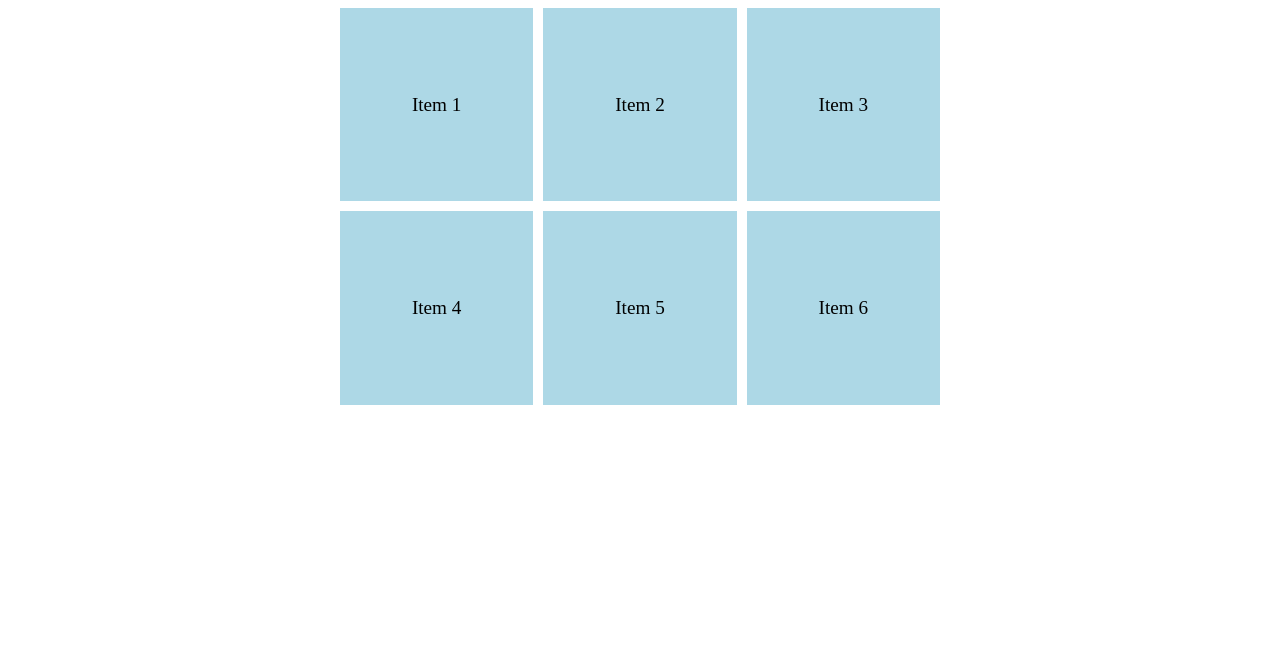
Repository: notgudmewhathuh12122334354556/GroceryInventory
Page: grid.html
The author's editor kept a copy of each file at every save. The page is drawn from the files as they stood at one save, then again after the next save.
The browser window is 1280 px wide. The pictures show the whole page.

Above is the page before, as saved 2024-11-19 22:57:43.

### grid.html
<!DOCTYPE html>
<html lang="en">
<head>
  <meta charset="UTF-8">
  <meta name="viewport" content="width=device-width, initial-scale=1.0">
  <title>Grid Overlay Example</title>
  <style>
    /* Grid Container */
    .grid-container {
      display: grid;
      grid-template-columns: repeat(3, 1fr); /* Three equal columns */
      gap: 10px;
      width: 100%;
      max-width: 600px;
      margin: 0 auto;
    }

    /* Grid Item */
    .grid-item {
      position: relative; /* Set relative positioning for the overlay */
      background-color: lightblue;
      aspect-ratio: 1; /* Make the items square */
      display: flex;
      justify-content: center;
      align-items: center;
      font-size: 1.2em;
      color: #000;
    }

    /* Overlay */
    .overlay {
      position: absolute;
      top: 0;
      left: 0;
      width: 100%;
      height: 100%;
      background-color: rgba(0, 0, 0, 0.5); /* Semi-transparent background */
      display: flex;
      justify-content: center;
      align-items: center;
      opacity: 0; /* Hidden by default */
      color: white;
      font-size: 1.5em;
      transition: opacity 0.3s ease-in-out; /* Smooth fade effect */
    }

    /* Show Overlay on Hover */
    .grid-item:hover .overlay {
      opacity: 1; /* Fully visible on hover */
    }
  </style>
</head>
<body>
  <div class="grid-container">
    <div class="grid-item">
      Item 1
      <div class="overlay">Overlay 1</div>
    </div>
    <div class="grid-item">
      Item 2
      <div class="overlay">Overlay 2</div>
    </div>
    <div class="grid-item">
      Item 3
      <div class="overlay">Overlay 3</div>
    </div>
    <div class="grid-item">
      Item 4
      <div class="overlay">Overlay 4</div>
    </div>
    <div class="grid-item">
      Item 5
      <div class="overlay">Overlay 5</div>
    </div>
    <div class="grid-item">
      Item 6
      <div class="overlay">Overlay 6</div>
    </div>
  </div>
</body>
</html>

After the next save:
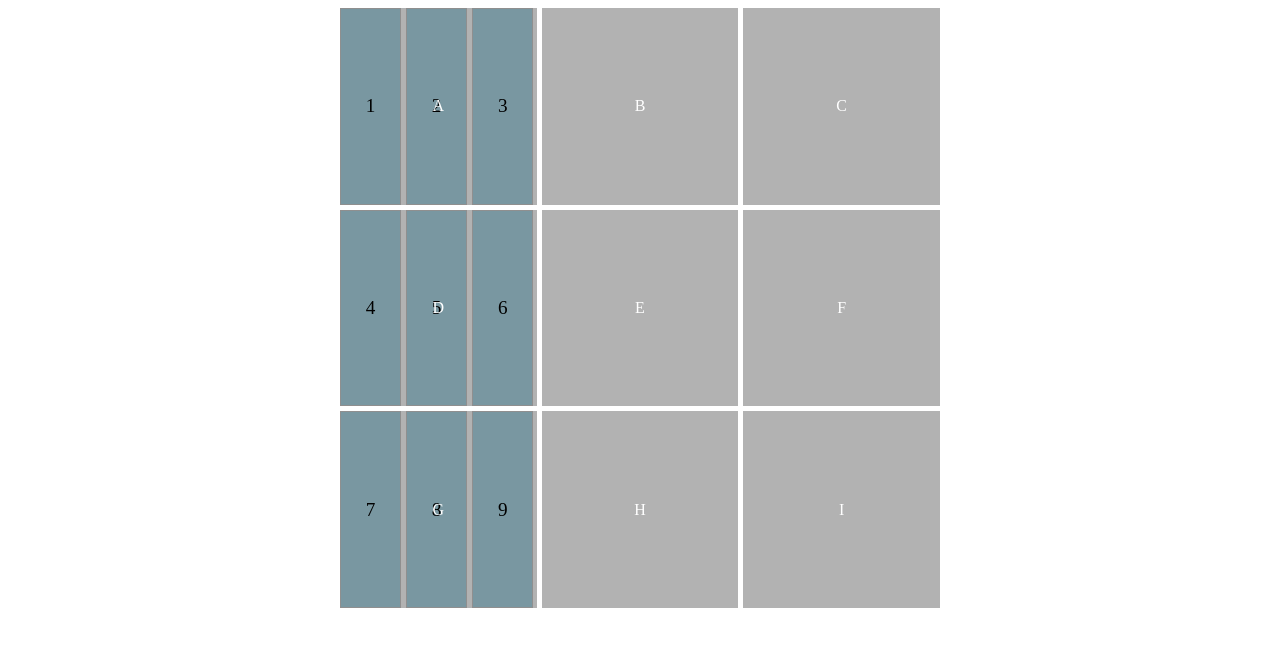
Saved 3 min 51 s later.
--- a/grid.html
+++ b/grid.html
@@ -3,78 +3,89 @@
 <head>
   <meta charset="UTF-8">
   <meta name="viewport" content="width=device-width, initial-scale=1.0">
-  <title>Grid Overlay Example</title>
+  <title>Grid Overlays Grid</title>
   <style>
-    /* Grid Container */
-    .grid-container {
+    /* Parent Container */
+    .grid-overlay-container {
       display: grid;
       grid-template-columns: repeat(3, 1fr); /* Three equal columns */
       gap: 10px;
+      position: relative; /* Allow layering within the container */
       width: 100%;
       max-width: 600px;
       margin: 0 auto;
+      aspect-ratio: 1; /* Ensures a square layout */
     }
 
-    /* Grid Item */
-    .grid-item {
-      position: relative; /* Set relative positioning for the overlay */
+    /* Base Grid (Layer 1) */
+    .base-grid {
+      display: grid;
+      grid-template-columns: repeat(3, 1fr);
+      grid-template-rows: repeat(3, 1fr);
+      gap: 5px;
+      z-index: 1;
+    }
+
+    .base-grid div {
       background-color: lightblue;
-      aspect-ratio: 1; /* Make the items square */
+      border: 1px solid #ccc;
       display: flex;
       justify-content: center;
       align-items: center;
       font-size: 1.2em;
-      color: #000;
     }
 
-    /* Overlay */
-    .overlay {
+    /* Overlay Grid (Layer 2) */
+    .overlay-grid {
+      display: grid;
+      grid-template-columns: repeat(3, 1fr);
+      grid-template-rows: repeat(3, 1fr);
+      gap: 5px;
       position: absolute;
       top: 0;
       left: 0;
       width: 100%;
       height: 100%;
-      background-color: rgba(0, 0, 0, 0.5); /* Semi-transparent background */
+      z-index: 2; /* Layer above base grid */
+      pointer-events: none; /* Makes it non-interactive */
+    }
+
+    .overlay-grid div {
+      background-color: rgba(0, 0, 0, 0.3); /* Transparent overlay */
       display: flex;
       justify-content: center;
       align-items: center;
-      opacity: 0; /* Hidden by default */
       color: white;
-      font-size: 1.5em;
-      transition: opacity 0.3s ease-in-out; /* Smooth fade effect */
-    }
-
-    /* Show Overlay on Hover */
-    .grid-item:hover .overlay {
-      opacity: 1; /* Fully visible on hover */
+      font-size: 1em;
     }
   </style>
 </head>
 <body>
-  <div class="grid-container">
-    <div class="grid-item">
-      Item 1
-      <div class="overlay">Overlay 1</div>
+  <div class="grid-overlay-container">
+    <!-- Base Grid -->
+    <div class="base-grid">
+      <div>1</div>
+      <div>2</div>
+      <div>3</div>
+      <div>4</div>
+      <div>5</div>
+      <div>6</div>
+      <div>7</div>
+      <div>8</div>
+      <div>9</div>
     </div>
-    <div class="grid-item">
-      Item 2
-      <div class="overlay">Overlay 2</div>
-    </div>
-    <div class="grid-item">
-      Item 3
-      <div class="overlay">Overlay 3</div>
-    </div>
-    <div class="grid-item">
-      Item 4
-      <div class="overlay">Overlay 4</div>
-    </div>
-    <div class="grid-item">
-      Item 5
-      <div class="overlay">Overlay 5</div>
-    </div>
-    <div class="grid-item">
-      Item 6
-      <div class="overlay">Overlay 6</div>
+
+    <!-- Overlay Grid -->
+    <div class="overlay-grid">
+      <div>A</div>
+      <div>B</div>
+      <div>C</div>
+      <div>D</div>
+      <div>E</div>
+      <div>F</div>
+      <div>G</div>
+      <div>H</div>
+      <div>I</div>
     </div>
   </div>
 </body>
